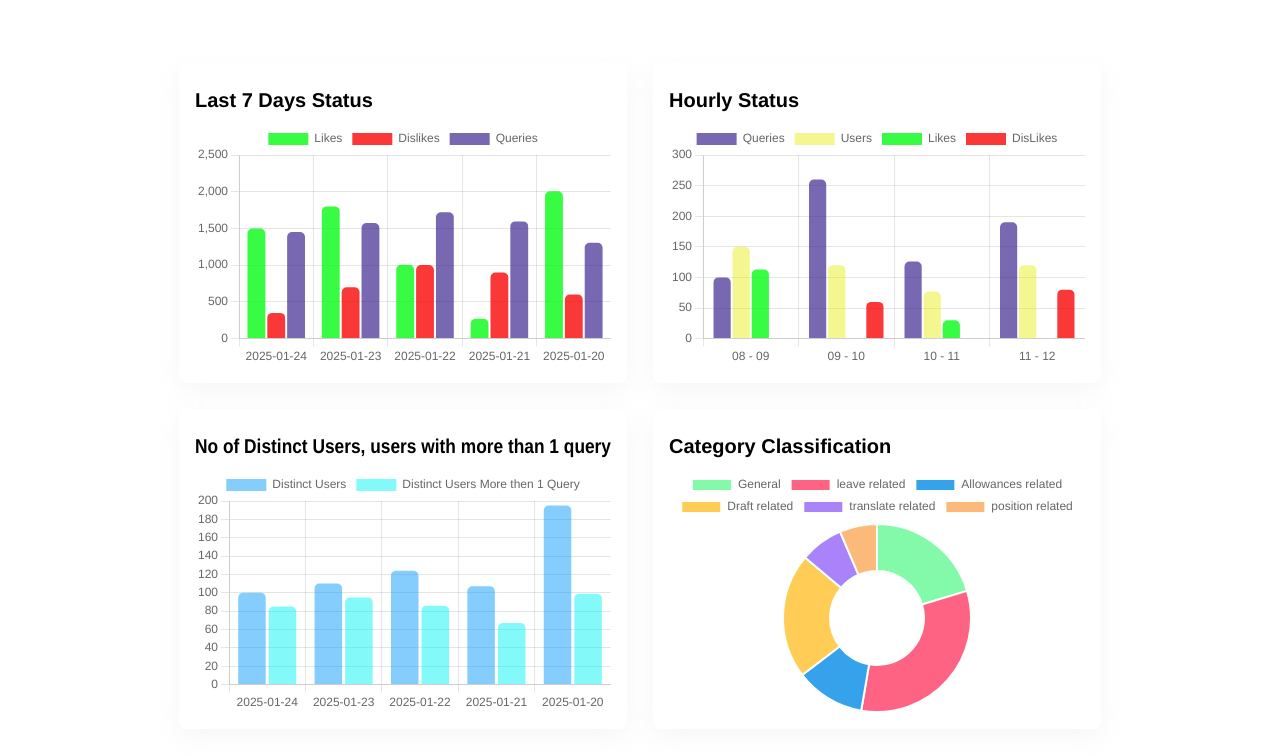
Repository: NAGARAJ-DEVELOPER/Dashboard
Page: /
An editor plug-in stored every save of this project. The page is shown before and after the next save, followed by the edit.
The browser window is 1280 px wide. The pictures show the whole page.
The project was rebuilt for these pictures with package versions that can differ from the ones it lists, and the page was loaded fresh each time. Also part of the build but not shown: vite.config.js.

Above is the page before, as saved 2025-02-12 00:35:43.

After the next save:
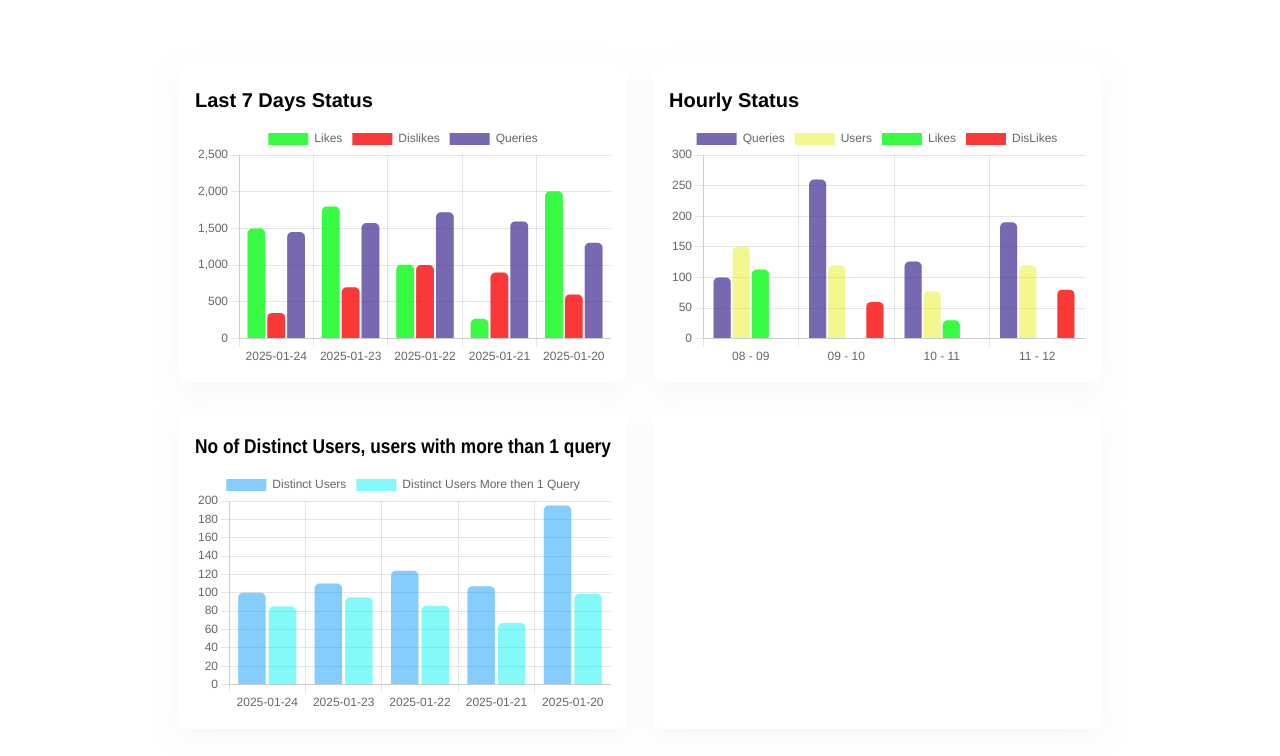
Saved 31 s later.
--- a/src/App.jsx
+++ b/src/App.jsx
@@ -155,7 +155,7 @@ export const App = () => {
 
 
       <div className="dataCard categoryCard">
-        <Doughnut
+        <pie
           data={{
             labels: category.map((data) => data.category),
             datasets: [
